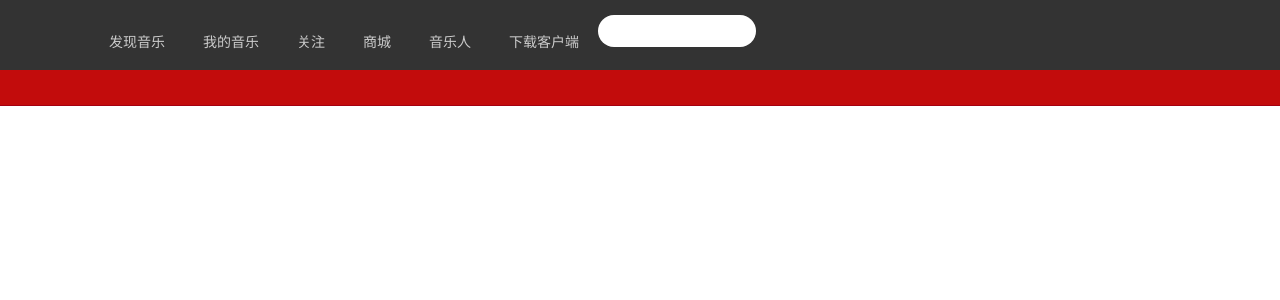
Repository: xtcgjk/-
Page: /
An editor plug-in stored every save of this project. The page is shown before and after the next save, followed by the edit.
The browser window is 1280 px wide. The pictures show the whole page.
The project was rebuilt for these pictures with package versions that can differ from the ones it lists, and the page was loaded fresh each time.

Above is the page before, as saved 2022-02-23 16:24:22.

After the next save:
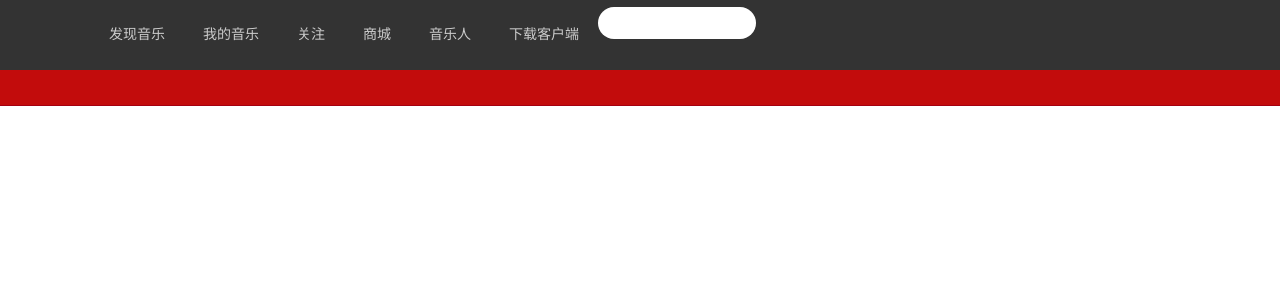
Saved 16 s later.
--- a/src/components/header/index.vue
+++ b/src/components/header/index.vue
@@ -46,6 +46,5 @@ a {
   background-color: #fff;
   border-radius: 32px;
   display: inline-block;
-  margin-top: 15px;
 }
 </style>
